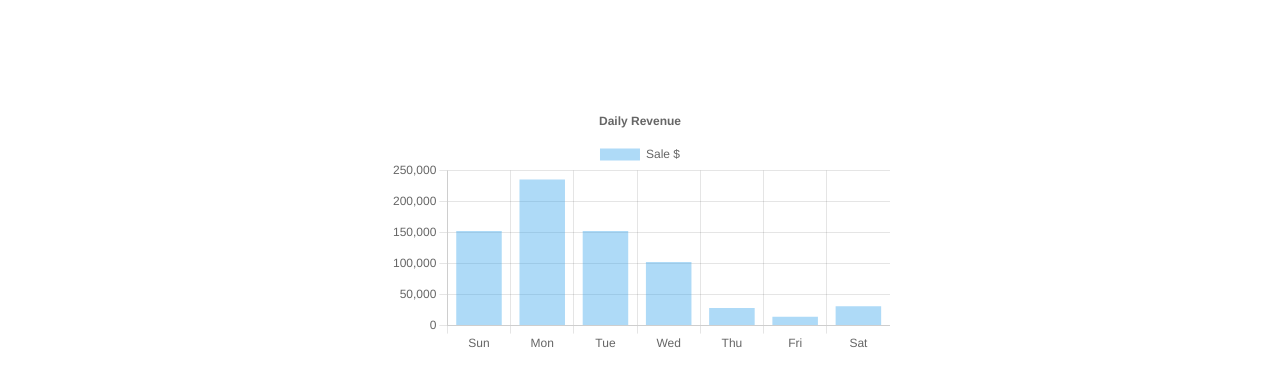
Repository: k8ANStar/exercise-5
Page: /
These files come from the project's save history. The page is drawn as it stood at one moment and after the next save; the edit follows.
The browser window is 1280 px wide. The pictures show the whole page.
The project was rebuilt for these pictures with package versions that can differ from the ones it lists, and the page was loaded fresh each time. The framework's server and built-in components were replaced by stand-ins that run in the browser. Also part of the build but not shown: next.config.mjs.

Above is the page before, as saved 2024-04-15 10:10:28.

After the next save:
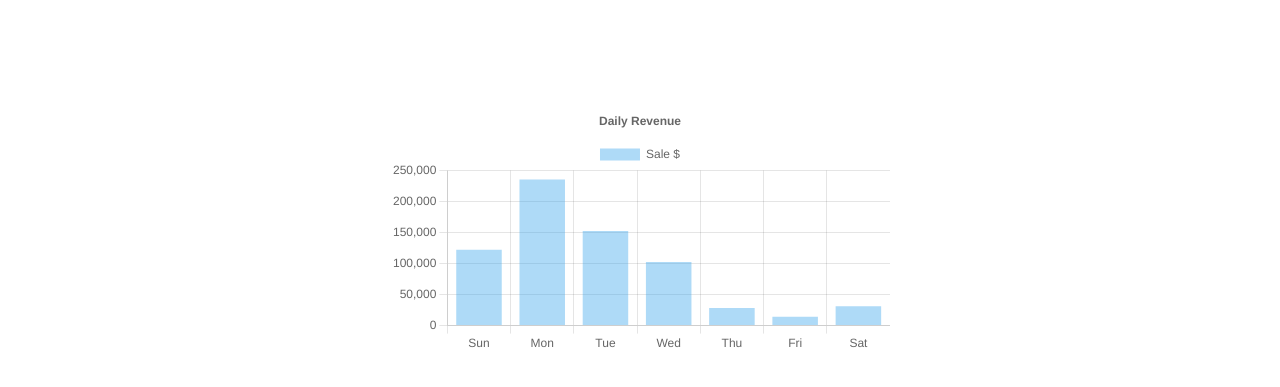
Saved 19 s later.
--- a/components/VerticalChart/index.js
+++ b/components/VerticalChart/index.js
@@ -33,7 +33,7 @@ export default function VerticalChart() {
 			datasets: [
 				{
 					label: "Sale $",
-					data: [152340, 235256, 152455, 102430, 28456, 14326, 31000],
+					data: [122340, 235256, 152455, 102430, 28456, 14326, 31000],
 					borderColor: "rgb(53, 162, 235)",
 					backgroundColor: "rgb(53, 162, 235, 0.4)",
 				},
